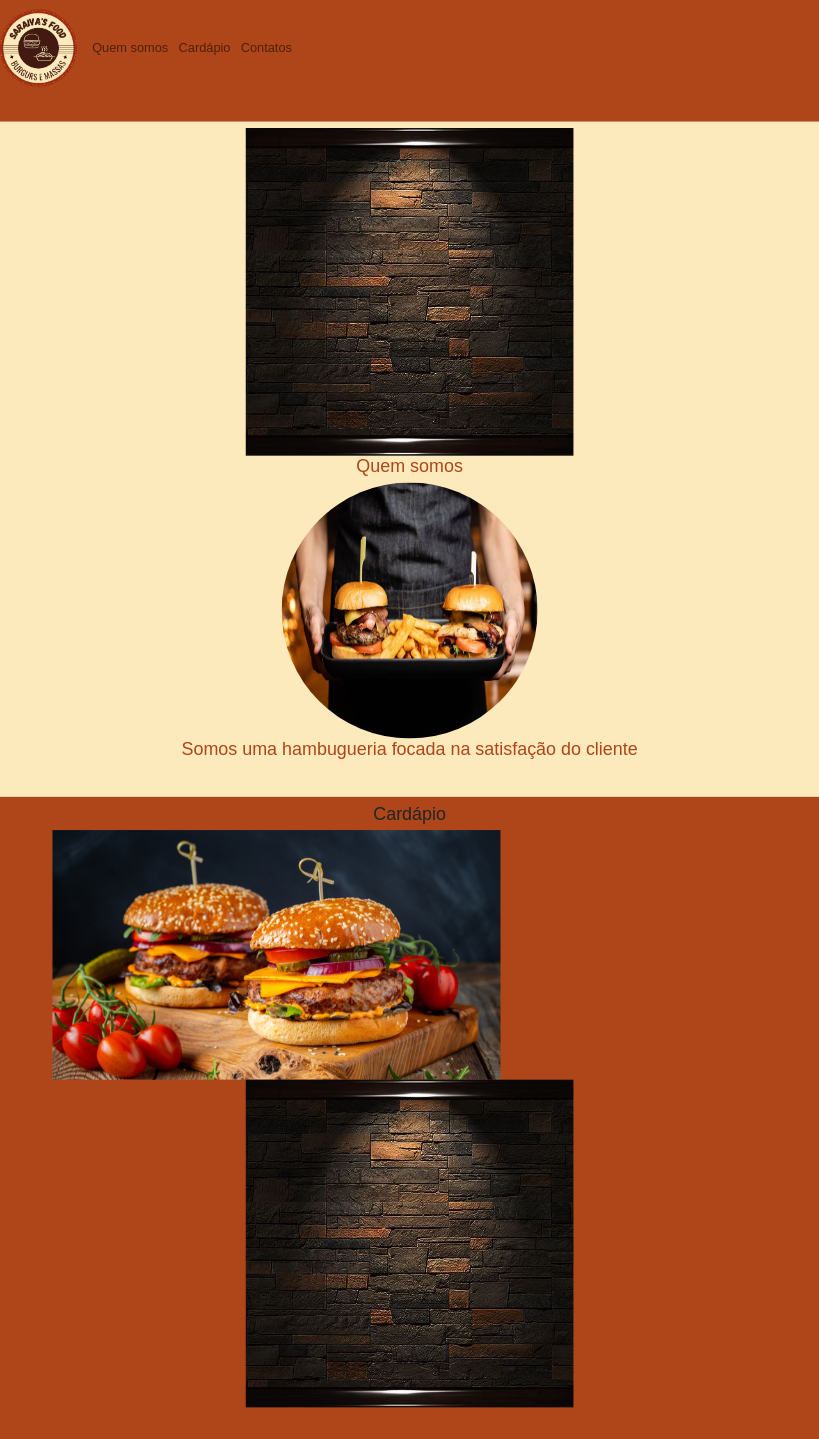
Repository: Tuanemendes/curso_bootstrap
Page: projeto1/index.html
The author's editor kept a copy of each file at every save. The page is drawn from the files as they stood at one save, then again after the next save.
The browser window is 1280 px wide. The pictures show the whole page, at 64% of full size.

Above is the page before, as saved 2022-04-04 17:06:40.

After the next save:
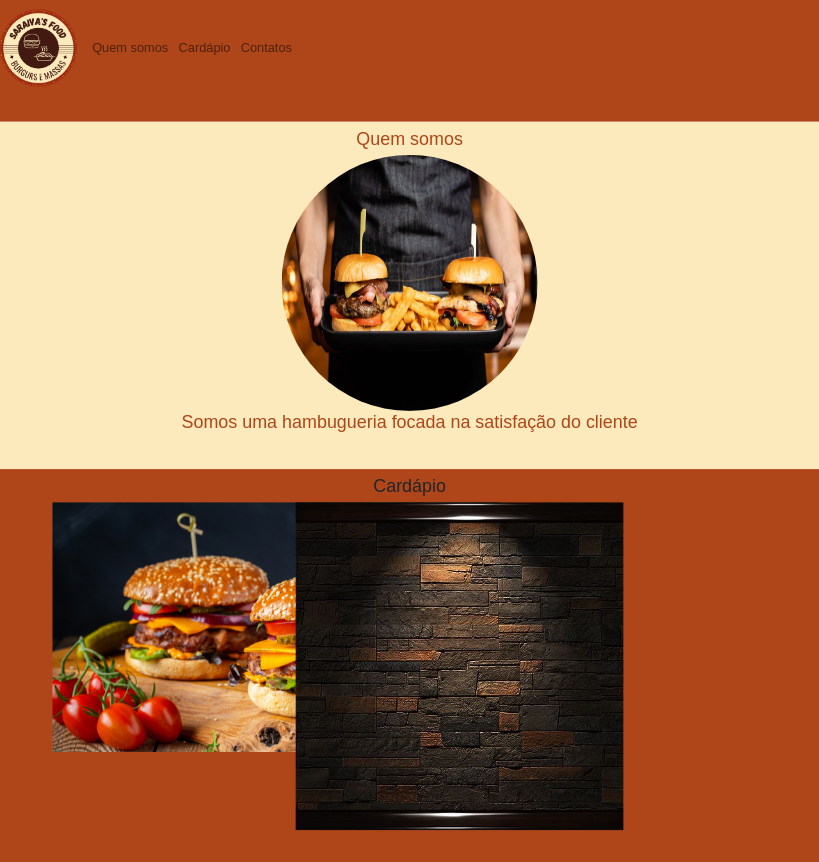
Saved 48 s later.
--- a/projeto1/index.html
+++ b/projeto1/index.html
@@ -30,15 +30,9 @@
 
     <section id="quemsomos">
         <div class="container-fluid quem-somos text-center margin">
-            <img src="/img/27cc887a3ec0d44abc315f40abb07257.jpg" alt="">
-            <div>
                 <h3>Quem somos</h3>
                 <img src="/img/FICHA-TECNICA-PARA-HAMBURGUERIA-DICA.jpg" class="rounded-circle" alt="burgueria" width="400" height="400">
                 <h3>Somos uma hambugueria  focada na satisfação do cliente</h3>
-
-            </div>
-
-
         </div>
     </section>
     <section id="cardapio">
@@ -50,7 +44,7 @@
                          <img src="/img/dia_do_hamburguer_EPA_0.jpg" alt="">
 
                     </div>
-                    <div>
+                    <div class="col-md-4">
                         <img src="/img/27cc887a3ec0d44abc315f40abb07257.jpg" alt="">
 
                     </div>
